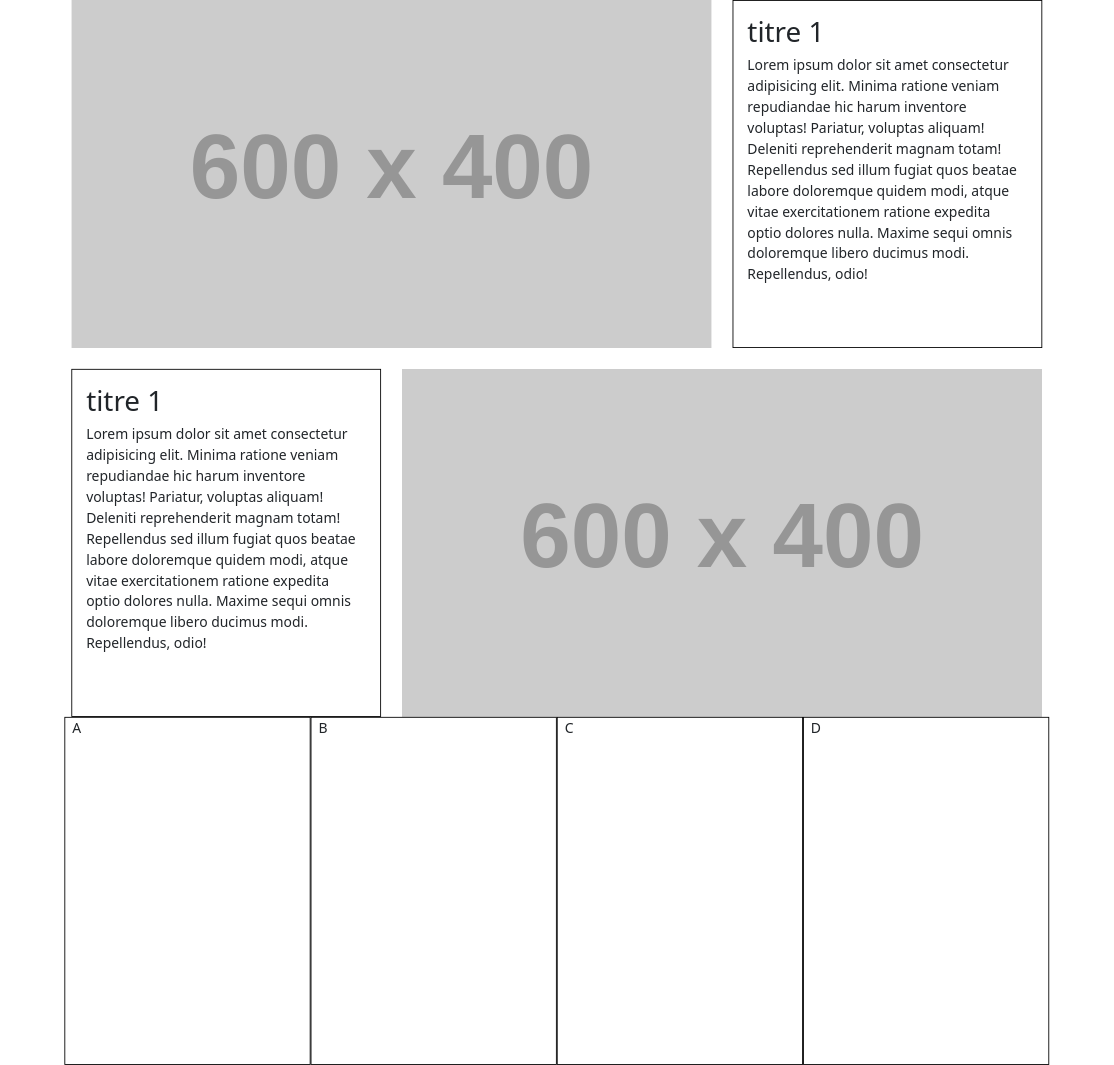
Repository: fbansept/ran3_24_jeu
Page: correction-tp.html
The author's editor kept a copy of each file at every save. The page is drawn from the files as they stood at one save, then again after a run of saves.
The browser window is 1280 px wide. The pictures show the whole page, at 87% of full size.

Above is the page before, as saved 2024-10-22 14:51:02.

### correction-tp.html
<!DOCTYPE html>
<html lang="en">
  <head>
    <meta charset="UTF-8" />
    <meta name="viewport" content="width=device-width, initial-scale=1.0" />
    <title>Document</title>

    <link
      href="https://cdn.jsdelivr.net/npm/bootstrap@5.3.3/dist/css/bootstrap.min.css"
      rel="stylesheet"
      integrity="sha384-QWTKZyjpPEjISv5WaRU9OFeRpok6YctnYmDr5pNlyT2bRjXh0JMhjY6hW+ALEwIH"
      crossorigin="anonymous"
    />

    <script
      defer
      src="https://cdn.jsdelivr.net/npm/bootstrap@5.3.3/dist/js/bootstrap.bundle.min.js"
      integrity="sha384-YvpcrYf0tY3lHB60NNkmXc5s9fDVZLESaAA55NDzOxhy9GkcIdslK1eN7N6jIeHz"
      crossorigin="anonymous"
    ></script>

    <link rel="stylesheet" href="style.css" />
  </head>
  <body class="container">
    <section>
      <div class="row">
        <img
          class="col-md-6 col-lg-8"
          src="https://placehold.co/600x400"
          alt=""
        />
        <article class="col-md-6 col-lg-4">
          <div>
            <h2>titre 1</h2>
            <p>
              Lorem ipsum dolor sit amet consectetur adipisicing elit. Minima
              ratione veniam repudiandae hic harum inventore voluptas! Pariatur,
              voluptas aliquam! Deleniti reprehenderit magnam totam! Repellendus
              sed illum fugiat quos beatae labore doloremque quidem modi, atque
              vitae exercitationem ratione expedita optio dolores nulla. Maxime
              sequi omnis doloremque libero ducimus modi. Repellendus, odio!
            </p>
          </div>
        </article>
      </div>
      <div class="row flex-md-row-reverse mt-4">
        <img
          class="col-md-6 col-lg-8"
          src="https://placehold.co/600x400"
          alt=""
        />
        <article class="col-md-6 col-lg-4">
          <div>
            <h2>titre 1</h2>
            <p>
              Lorem ipsum dolor sit amet consectetur adipisicing elit. Minima
              ratione veniam repudiandae hic harum inventore voluptas! Pariatur,
              voluptas aliquam! Deleniti reprehenderit magnam totam! Repellendus
              sed illum fugiat quos beatae labore doloremque quidem modi, atque
              vitae exercitationem ratione expedita optio dolores nulla. Maxime
              sequi omnis doloremque libero ducimus modi. Repellendus, odio!
            </p>
          </div>
        </article>
      </div>
    </section>
    <section class="row row-cols-1 row-cols-md-2 row-cols-lg-4 g-3">
      <article class="col"><span>A</span></article>
      <article class="col"><span>B</span></article>
      <article class="col"><span>C</span></article>
      <article class="col"><span>D</span></article>
    </section>
  </body>
</html>

### style.css
section > div > img,
section > article,
section > div > article {
  height: 400px;
}

section > article,
section > div > article > div {
  border: 1px solid black;
}

section > div > article > div {
  height: 100%;
  padding: 1em;
}

section > div > img {
  object-fit: cover;
}

/* section > div:nth-child(even) {
  flex-direction: row-reverse;
} */

After the next 5 saves:
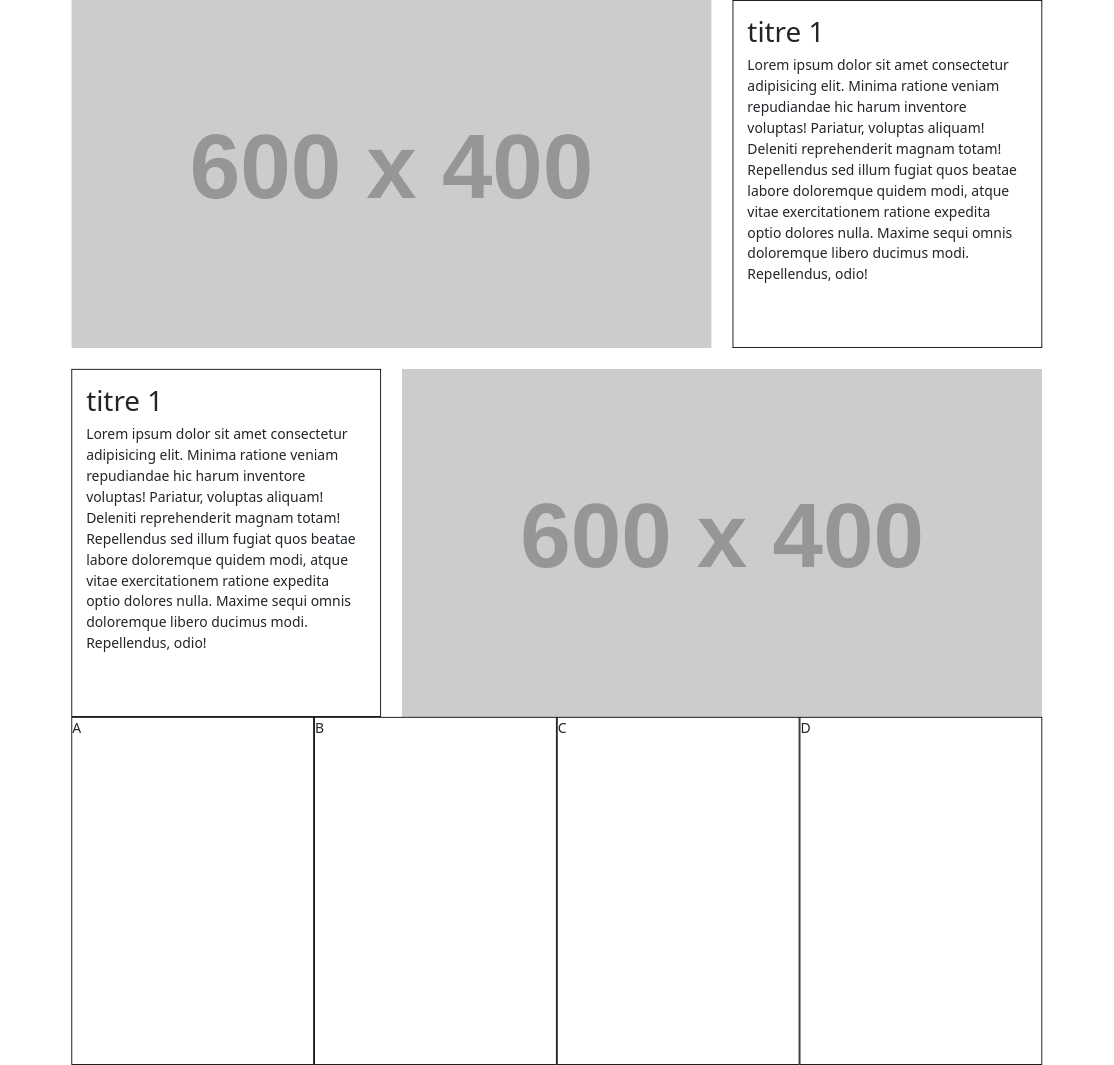
The 5 saves are shown as one change because they came seconds apart.
The last was saved 18 s later.
--- a/correction-tp.html
+++ b/correction-tp.html
@@ -64,7 +64,7 @@
         </article>
       </div>
     </section>
-    <section class="row row-cols-1 row-cols-md-2 row-cols-lg-4 g-3">
+    <section class="row row-cols-1 row-cols-md-2 row-cols-lg-4 g-3 g-md-0 ">
       <article class="col"><span>A</span></article>
       <article class="col"><span>B</span></article>
       <article class="col"><span>C</span></article>

After the 2 saves that followed:
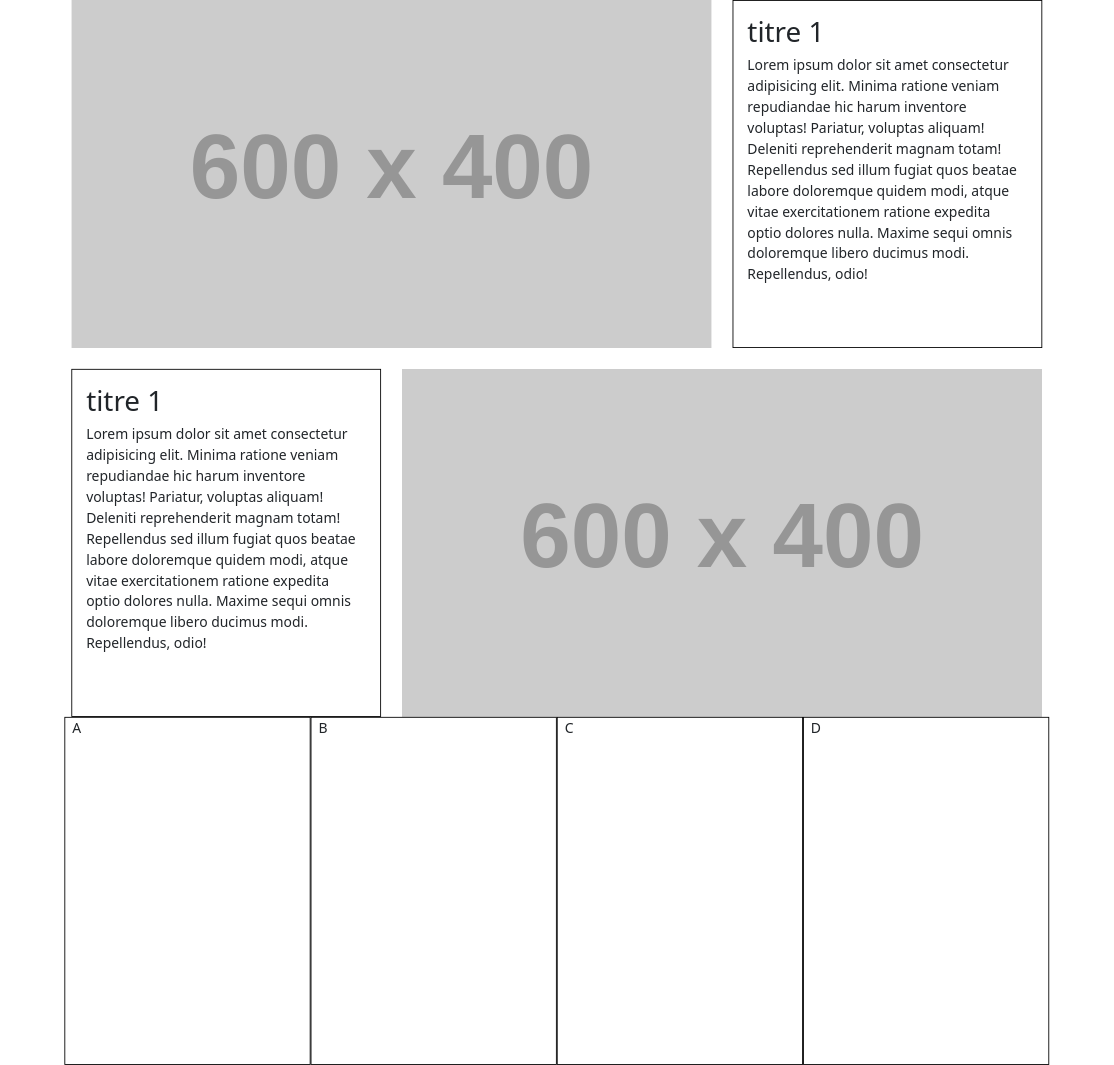
The 2 saves are shown as one change because they came seconds apart.
The last was saved 5 s later.
--- a/correction-tp.html
+++ b/correction-tp.html
@@ -64,7 +64,7 @@
         </article>
       </div>
     </section>
-    <section class="row row-cols-1 row-cols-md-2 row-cols-lg-4 g-3 g-md-0 ">
+    <section class="row row-cols-1 row-cols-md-2 row-cols-lg-4 g-3 g-md-0 g-lg-3">
       <article class="col"><span>A</span></article>
       <article class="col"><span>B</span></article>
       <article class="col"><span>C</span></article>
